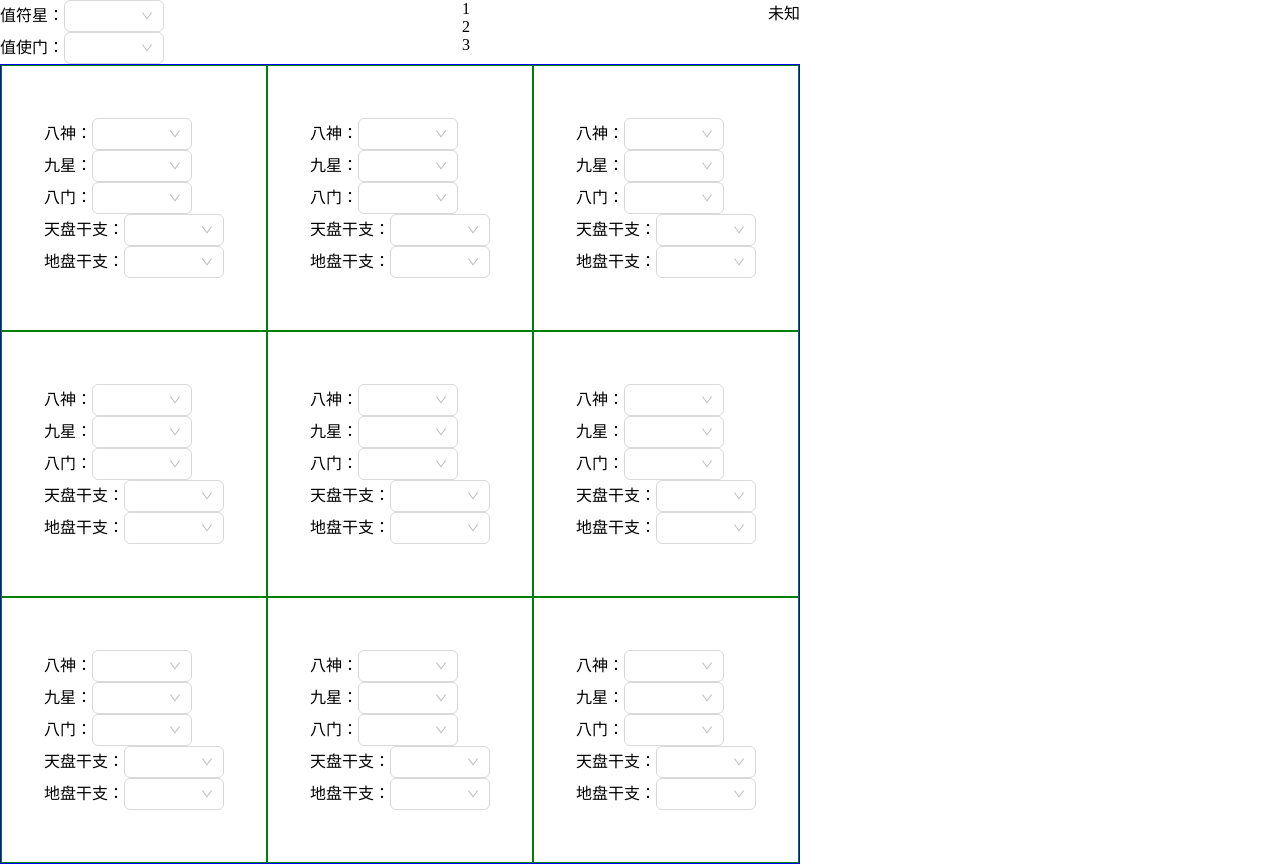
Repository: DaozhangChen/qiMen
Page: /
The author's editor kept a copy of each file at every save. The page is drawn from the files as they stood at one save, then again after the next save.
The browser window is 1280 px wide. The pictures show the whole page.
The project was rebuilt for these pictures with package versions that can differ from the ones it lists, and the page was loaded fresh each time. Also part of the build but not shown: vite.config.js.

Above is the page before, as saved 2024-04-05 18:35:54.

### src/App.jsx
import Sudoku from './compoment/Sudoku'

function App() {

  return (
    <>
      <Sudoku />
    </>
  )
}

export default App

### src/index.css
* {
  padding: 0;
  margin: 0;
  box-sizing: border-box;
}

ul,
li {
  list-style: none;
}

### src/compoment/Sudoku.jsx
import "../style/Sudoku.css"
import InfoSelect from "./InfoSelect"
import { useState } from "react"
import HeaderInfo from "./HeaderInfo"
import { useEffect } from "react"

function Sudoku() {
    const regionArr = [
        { number: 4, area: "巽" },
        { number: 9, area: "离" },
        { number: 2, area: "坤" },
        { number: 3, area: "震" },
        { number: 5, area: "中" },
        { number: 7, area: "兑" },
        { number: 8, area: "艮" },
        { number: 1, area: "坎" },
        { number: 6, area: "乾" }
    ]
    const baseHeaderInfo = {
        headerStar: null,
        headerDoor: null,
        headerTime: null,
        headerYearStem: null,
        headerMonthStem: null,
        headerDayStem: null,
        headerTimeStem: null
    }
    const [detailInfo, setDetailInfo] = useState(regionArr)
    const [headerInfoObj, setHeaderInfoObj] = useState(baseHeaderInfo)
    useEffect(() => {
        console.log("11", detailInfo)
        return () => {
            console.log("22", detailInfo)
        }
    }, [detailInfo])

    return (
        <>
            <HeaderInfo setHeaderInfo={setHeaderInfoObj} />
            <div className="sudoku-grid">
                {/* 生成九宫格 */}
                {detailInfo.map((value) => (
                    <div key={value.number} className="sudoku-row" data-key={value.number}>
                        <ul>
                            <li className="sudoku-cell">
                                <ul>
                                    <li className="god">八神：<span><InfoSelect type="god" setDetailInfo={setDetailInfo} area={value.number} /></span></li>
                                    <li className="star">九星：<span><InfoSelect type="star" setDetailInfo={setDetailInfo} area={value.number} /></span></li>
                                    <li className="door">八门：<span><InfoSelect type="door" setDetailInfo={setDetailInfo} area={value.number} /></span></li>
                                    <li className="upStem">天盘干支：<span><InfoSelect type="upStem" setDetailInfo={setDetailInfo} area={value.number} /></span></li>
                                    <li className="downStem">地盘干支：<span><InfoSelect type="downStem" setDetailInfo={setDetailInfo} area={value.number} /></span></li>
                                </ul>
                            </li>
                        </ul>
                    </div>
                ))}
            </div>
        </>
    )
}
export default Sudoku

### src/style/Sudoku.css
.sudoku-grid {
    border: 1px solid blue;
    width: 800px;
    height: 800px;
    display: grid;
    grid-template-columns: repeat(3, 1fr);
    grid-template-rows: repeat(3, 1fr);

}

.sudoku-row {
    display: flex;
    border: 1px solid green;
    align-items: center;
    justify-content: center;
}

.sudoku-cell>li {
    margin: 5px 0px;
}

### src/compoment/InfoSelect.jsx
import { Select } from "antd";
import setOption from "../toolFunction/setOption"

// eslint-disable-next-line react/prop-types
const InfoSelect = ({ type, setDetailInfo, area }) => {
    const option = setOption(type)


    const setValue = (value) => {
        //设置全局value
        if (area === "header") {
            setDetailInfo(originObj => {
                originObj[type] = value
                return { ...originObj }
            })
        } else {
            setDetailInfo(originArr => {
                const newArr = originArr.map((item) => {
                    if (item.number === area) {
                        console.log(type)
                        item[type] = value
                        return item
                    } else {
                        return item
                    }
                })
                console.log(newArr)
                return newArr
            })
        }
    }

    return (
        <>
            <Select style={{ width: 100 }} options={option} onChange={setValue} />
        </>
    )
}

export default InfoSelect

### src/compoment/HeaderInfo.jsx
import "../style/HeaderInfo.css"
import InfoSelect from "./InfoSelect"
// eslint-disable-next-line react/prop-types
const HeaderInfo = ({ setHeaderInfo }) => {
    return (
        <>
            <div className="headerWrapper">
                <div>
                    <div>值符星：<span><InfoSelect type="headerStar" setDetailInfo={setHeaderInfo} area="header" /></span></div>
                    <div>值使门：<span><InfoSelect type="headerDoor" setDetailInfo={setHeaderInfo} area="header" /></span></div>
                </div>
                <div>
                    <div>1</div>
                    <div>2</div>
                    <div>3</div>
                </div>
                <div>未知</div>
            </div>
        </>
    )
}

export default HeaderInfo

### src/toolFunction/setOption.js
function setupOption(arr) {
    const option = arr.map((value) => {
        const obj = {}
        obj.label = value
        obj.value = value
        return obj
    })
    return option
}

const setOption = (type) => {
    const godArr = ["值符", "腾蛇", "太阴", "六合", "白虎", "玄武", "九地", "九天"]
    const starArr = ["天蓬星", "天任星", "天冲星", "天辅星", "天英星", "天芮星", "天柱星", "天心星", "天禽星"]
    const doorArr = ["休门", "生门", "伤门", "杜门", "景门", "死门", "惊门", "开门"]
    const stemArr = ["戊", "己", "庚", "辛", "壬", "癸", "丁", "丙", "乙"]
    const resultMap = {
        "god": setupOption(godArr),
        "star": setupOption(starArr),
        "door": setupOption(doorArr),
        "upStem": setupOption(stemArr),
        "downStem": setupOption(stemArr),
        "headerStar": setupOption(starArr),
        "headerDoor": setupOption(doorArr)
    }
    return resultMap[type]
}

export default setOption

### src/style/HeaderInfo.css
.headerWrapper {
    display: flex;
    flex-direction: row;
    width: 800px;
    justify-content: space-between;
}

Loaded but not shown: index.html (common file); src/main.jsx (common file)

After the next save:
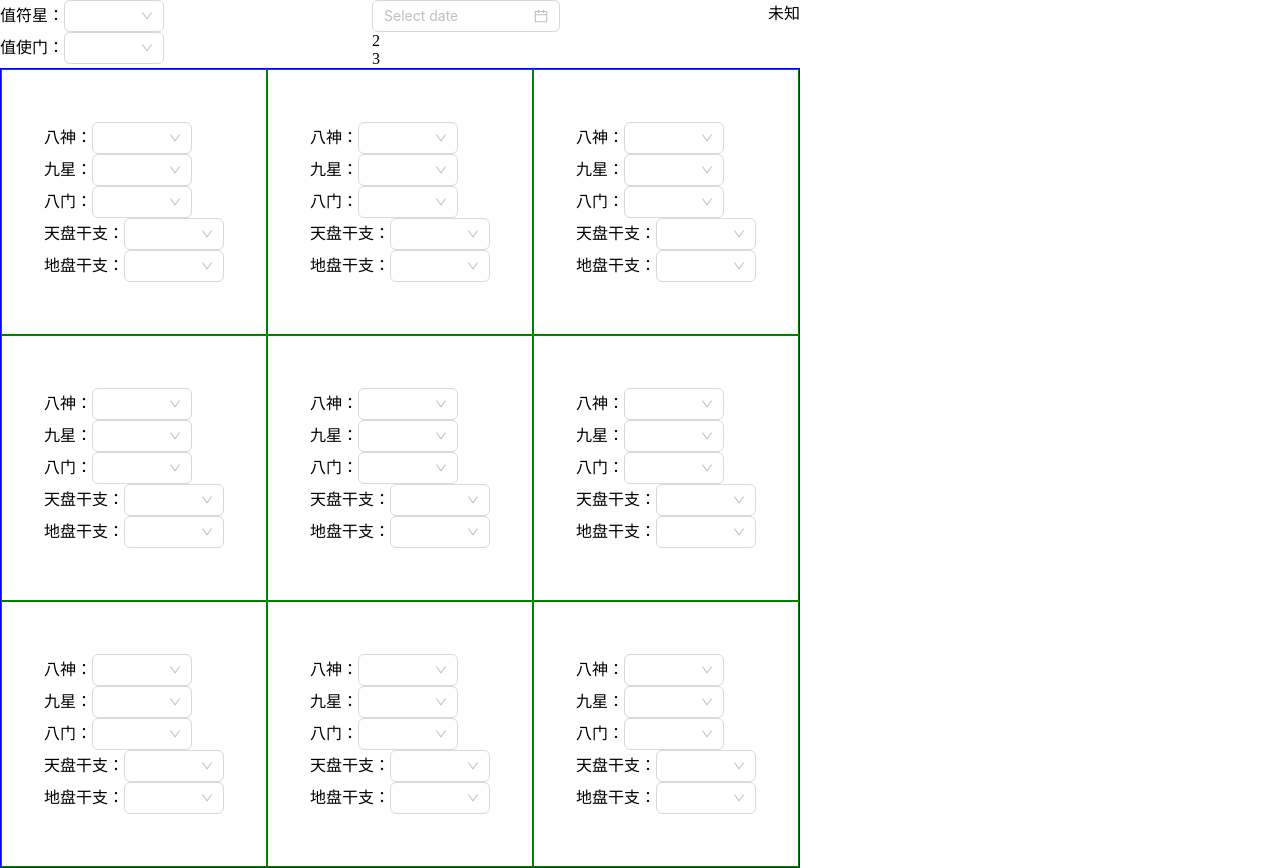
Saved 5 min 50 s later.
--- a/src/compoment/HeaderInfo.jsx
+++ b/src/compoment/HeaderInfo.jsx
@@ -1,5 +1,6 @@
 import "../style/HeaderInfo.css"
 import InfoSelect from "./InfoSelect"
+import { DatePicker } from 'antd';
 // eslint-disable-next-line react/prop-types
 const HeaderInfo = ({ setHeaderInfo }) => {
     return (
@@ -10,7 +11,7 @@ const HeaderInfo = ({ setHeaderInfo }) => {
                     <div>值使门：<span><InfoSelect type="headerDoor" setDetailInfo={setHeaderInfo} area="header" /></span></div>
                 </div>
                 <div>
-                    <div>1</div>
+                    <div><DatePicker /></div>
                     <div>2</div>
                     <div>3</div>
                 </div>
